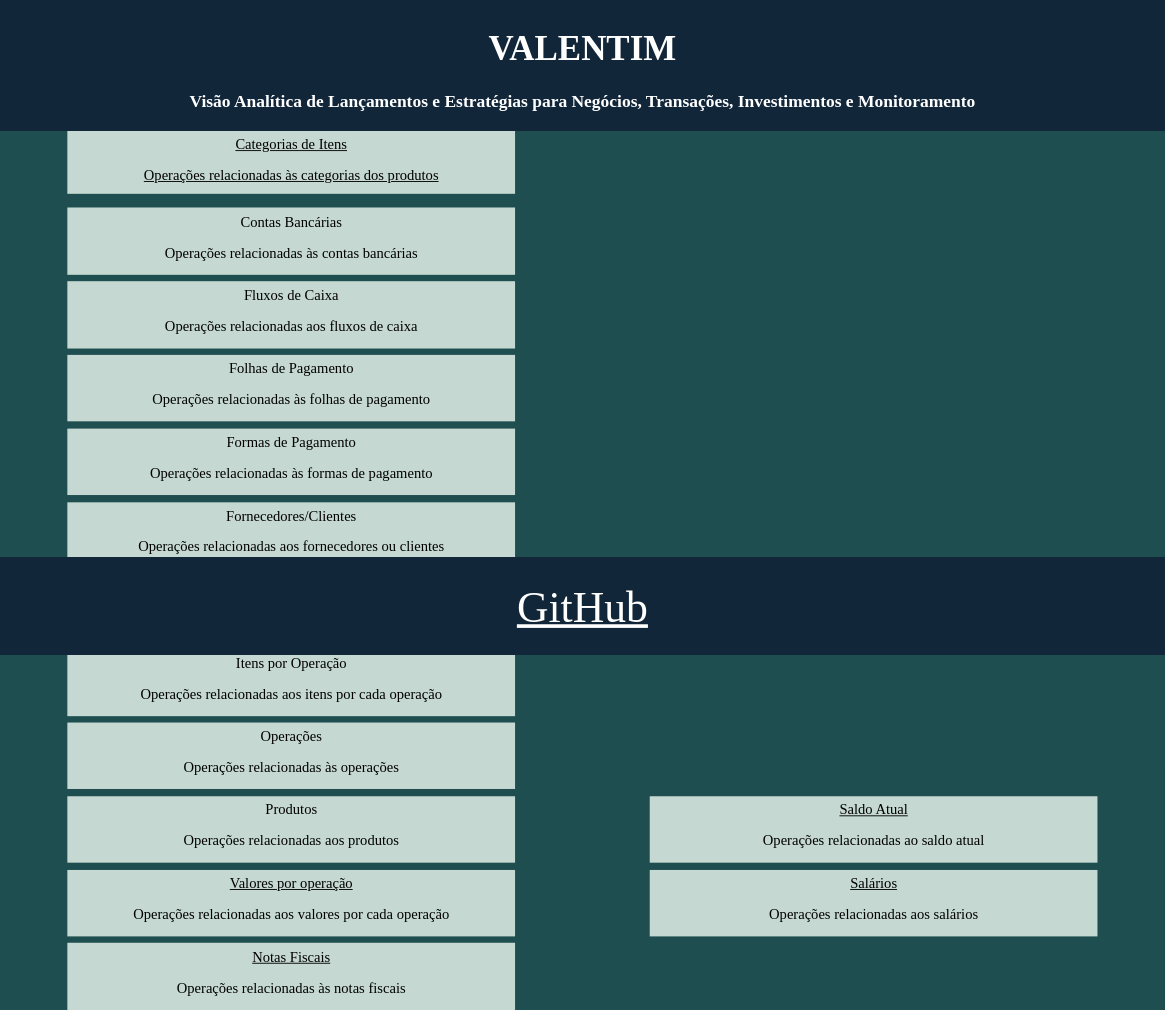
Repository: Matheus-Lacerda009/ERP-Financeiro
Page: Front/menu/menu.html
These files come from the project's save history. The page is drawn as it stood at one moment and after a run of saves; the edit follows.
The browser window is 1280 px wide. The pictures show the whole page, at 91% of full size.

Above is the page before, as saved 2026-07-13 19:12:44.

### Front/menu/menu.html
<!DOCTYPE html>
<html lang="en">
<head>
    <meta charset="UTF-8">
    <meta name="viewport" content="wclassth=device-wclassth, initial-scale=1.0">
    <link rel="stylesheet" href="menu.css">
    <title>Document</title>
</head>
<body>
    <header>
        <h1>VALENTIM</h1>
        <h2>Visão Analítica de Lançamentos e Estratégias para Negócios, Transações, Investimentos e Monitoramento</h2>
    </header>
    <main>
        <div id="espaço"></div>
        <div class="container">
            <a href="../categoria_item/categoria_item.html" class="links">
                <div class="divEntidades">
                    <p>Categorias de Itens</p>
                    <p>Operações relacionadas às categorias dos produtos</p>
                </div>
            </a>
            <a href="../conta_bancaria/conta_bancaria.html" class="links"></a>
            <div class="divEntidades">
                Contas Bancárias</a>
                <p>Operações relacionadas às contas bancárias</p>
            </div>
            <a href="../fluxo_caixa/fluxo_caixa.html" class="links"></a>
            <div class="divEntidades">
                Fluxos de Caixa</a>
                <p>Operações relacionadas aos fluxos de caixa</p>
            </div>
            <a href="../folha_pagamento/folha_pagamento.html" class="links"></a>
            <div class="divEntidades">
                Folhas de Pagamento</a>
                <p>Operações relacionadas às folhas de pagamento</p>
            </div>
            <a href="../forma_pagamento/forma_pagamento.html" class="links"></a>
            <div class="divEntidades">
                Formas de Pagamento</a>
                <p>Operações relacionadas às formas de pagamento</p>
            </div>
            <a href="../fornecedor_cliente/fornecedor_cliente.html" class="links"></a>
            <div class="divEntidades">
                Fornecedores/Clientes</a>
                <p>Operações relacionadas aos fornecedores ou clientes</p>
            </div>
            <a href="../funcionario/funcionario.html" class="links"></a>
            <div class="divEntidades">
                Funcionários</a>
                <p>Operações relacionadas aos funcionários</p>
            </div>
            <a href="../itens_operacao/itens_operacao.html" class="links"></a>
            <div class="divEntidades">
                Itens por Operação</a>
                <p>Operações relacionadas aos itens por cada operação</p>
            </div>
            <a href="../operacao/operacao.html" class="links"></a>
            <div class="divEntidades">
                Operações</a>
                <p>Operações relacionadas às operações</p>
            </div>
            <a href="../produtos/produtos.html" class="links"></a>
            <div class="divEntidades">
                Produtos</a>
                <p>Operações relacionadas aos produtos</p>
            </div>
            <div class="divEntidades">
                <a href="../saldoAtual/saldoAtual.html" class="links">Saldo Atual</a>
                <p>Operações relacionadas ao saldo atual</p>
            </div>
            <div class="divEntidades">
                <a href="../valor_pVenda/valor_pVenda.html" class="links">Valores por operação</a>
                <p>Operações relacionadas aos valores por cada operação</p>
            </div>
            <div class="divEntidades">
                <a href="../valor_salario/valor_salario.html" class="links">Salários</a>
                <p>Operações relacionadas aos salários</p>
            </div>
            <div class="divEntidades">
                <a href="../notaFiscal/nota_fiscal.html" class="links">Notas Fiscais</a>
                <p>Operações relacionadas às notas fiscais</p>
            </div>
        </div>
    </main>
    <footer>
        <a href="https://github.com/Matheus-Lacerda009/ERP-Financeiro.git" id="github">GitHub</a>
    </footer>
</body>
</html>

### Front/menu/menu.css
body{
    overflow: hidden;
}
header{
    position: fixed;
    top: 0;
    left: 0;
    width: 100%;
    height: 20%;
    background-color: #12263A;
    z-index: 1;
    text-align: center;
    align-content: center;
}

footer{
    position: fixed;
    bottom: 0;
    left: 0;
    width: 100%;
    height: 15%;
    background-color: #12263A;
    text-align: center;
    align-content: center;
}

#github{
    color: white;
    font-size: 300%;
}

header, h1{
    font-size: 300%;
    color: white;
    font-size: 3vw;
}

header, h2{
    color: white;
    font-size: 1.5vw;
}

body{
    margin: 0;
    padding: 0;
    background-color: #1f4e50;
}

.container{
    height: 100vh;
    width: 100%;
    margin-top: 10%;
    box-sizing: border-box;
    display: grid;
    grid-template-columns: repeat(2, 7fr);
    align-content: start;
}

.divEntidades{
    height: 75%;
    width: 75%;
    background-color: #C5D8D1;
    text-align: center;
    padding: 1%;
    margin: auto;
}

.links{
    color: black;
}

After the next 2 saves:
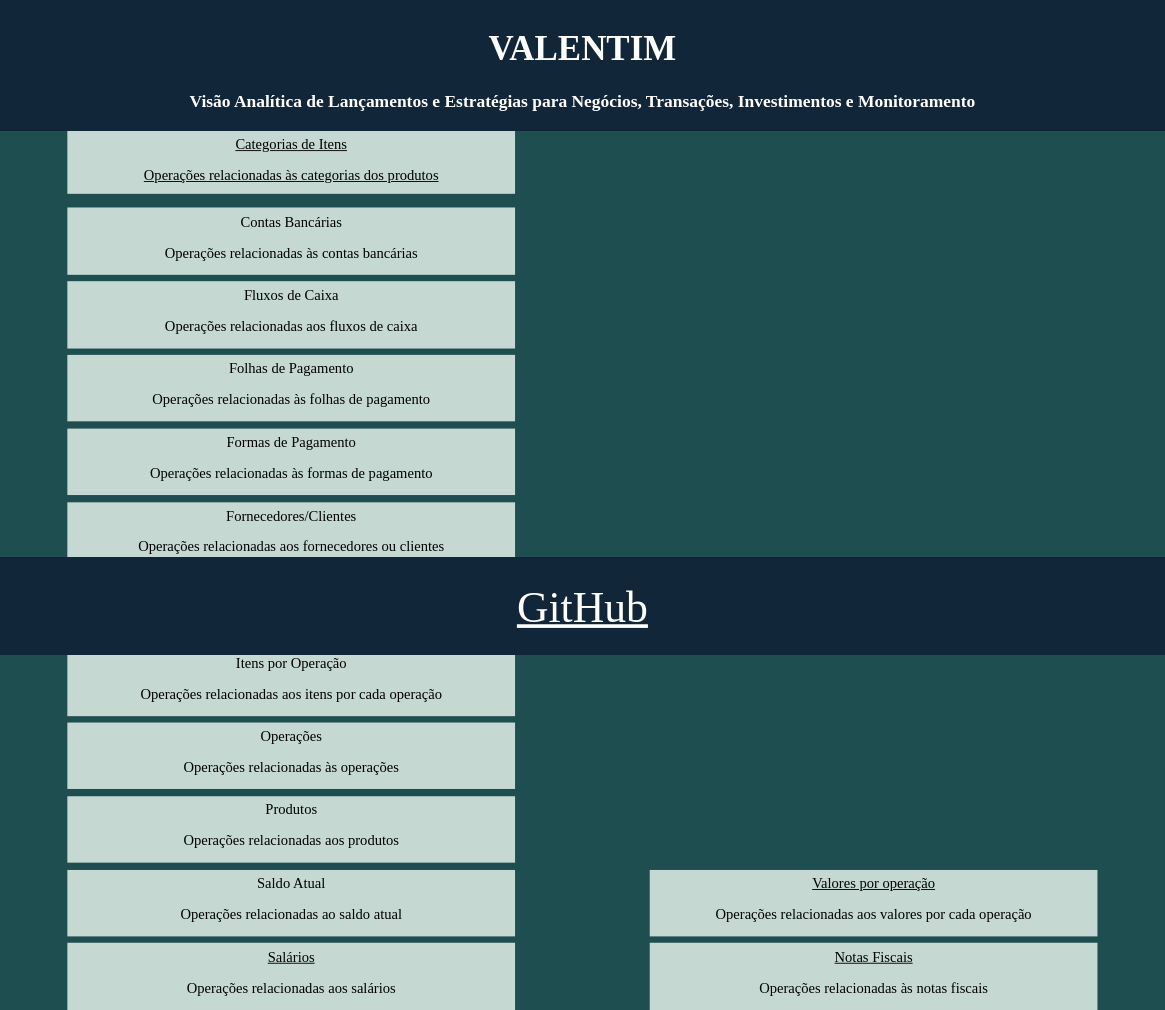
The 2 saves are shown as one change because they came seconds apart.
The last was saved 6 s later.
--- a/Front/menu/menu.html
+++ b/Front/menu/menu.html
@@ -65,8 +65,9 @@
                 Produtos</a>
                 <p>Operações relacionadas aos produtos</p>
             </div>
+            <a href="../saldoAtual/saldoAtual.html" class="links"></a>
             <div class="divEntidades">
-                <a href="../saldoAtual/saldoAtual.html" class="links">Saldo Atual</a>
+                Saldo Atual</a>
                 <p>Operações relacionadas ao saldo atual</p>
             </div>
             <div class="divEntidades">
